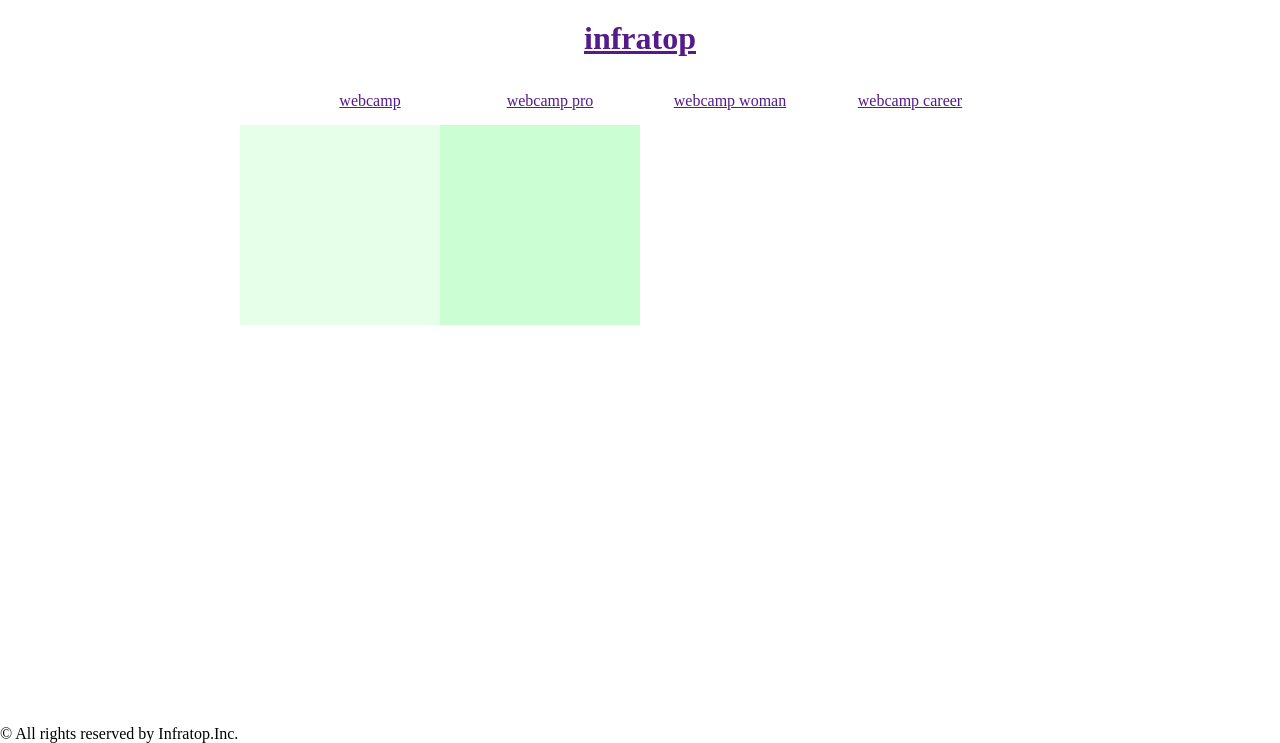
Repository: sutanuki/webcamp
Page: html,css/c5/index.html
The author's editor kept a record of every edit. The page is drawn from the files as they stood at one moment, then again after the next edit.
The browser window is 1280 px wide. The pictures show the whole page.

Above is the page before.

After the next edit:
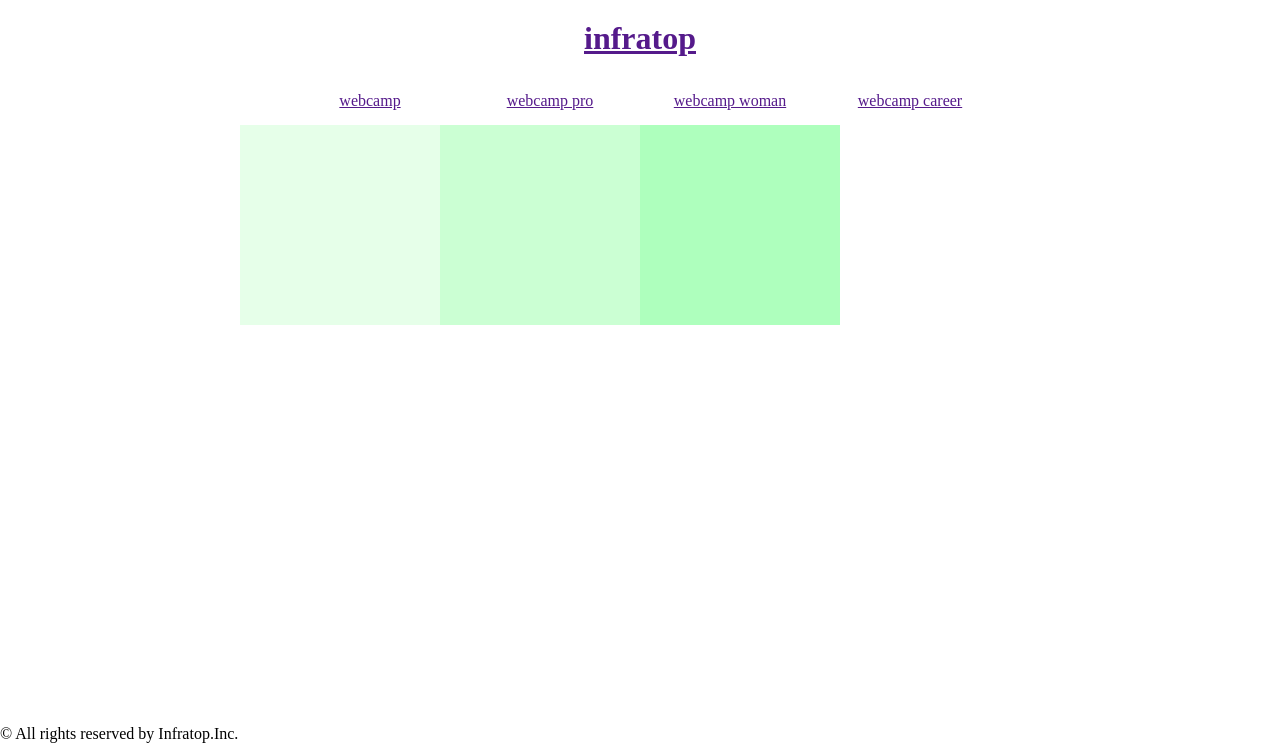
The edit:
--- a/html,css/c5/style.css
+++ b/html,css/c5/style.css
@@ -39,7 +39,7 @@
   background-color: #cbffd3;
 }
 .box3{
-  background-color: ;
+  background-color: #aeffbd;
 }
 .box4{
   background-color: ;
